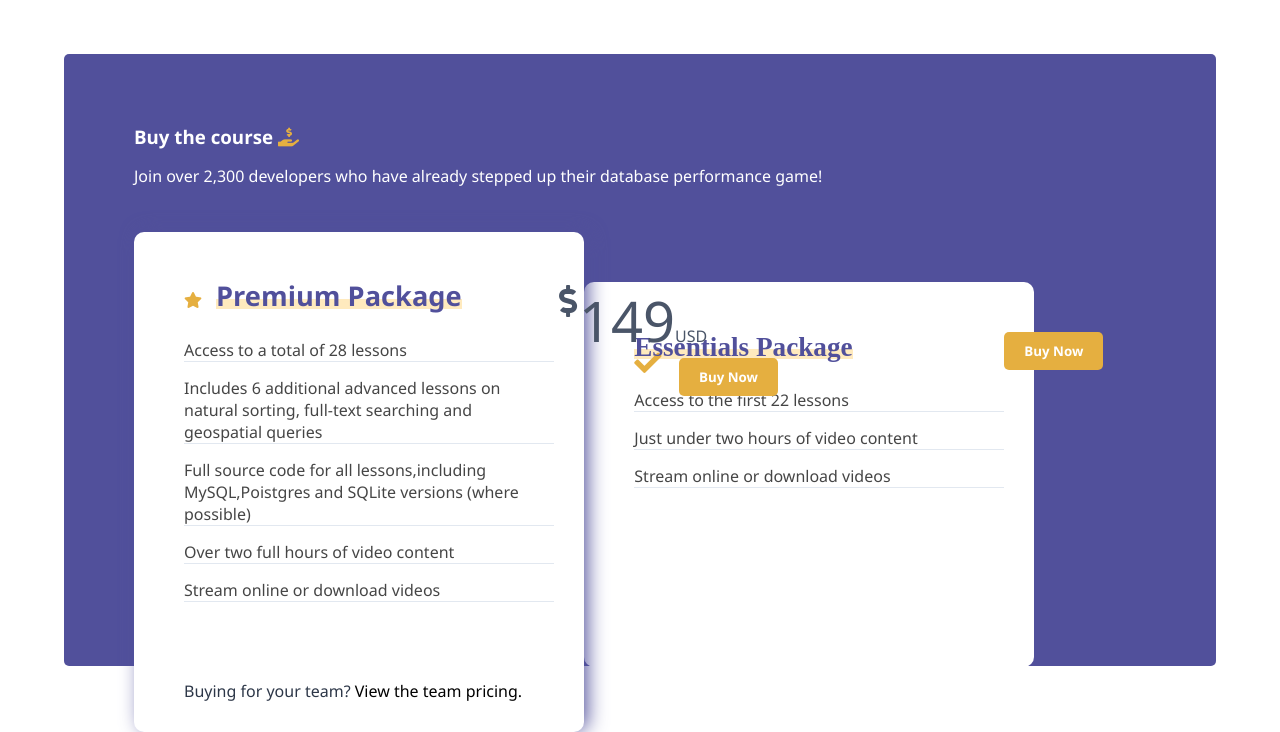
Repository: Z-ayat/Challenges
Page: Challenge 4/index.html
These files come from the project's save history. The page is drawn as it stood at one moment and after the next save; the edit follows.
The browser window is 1280 px wide. The pictures show the whole page.
Some web libraries are served in a nearby version.

Above is the page before, as saved 2021-09-07 03:00:54.

### Challenge 4/index.html
<!DOCTYPE html>

<head>
    <meta charset="UTF-8">
    <title>Course Offer Box</title>
    <link rel="stylesheet" href="styling/css/master.css">
    <link rel="stylesheet" href="styling/css/all.min.css">
    <link rel="preconnect" href="https://fonts.googleapis.com">
    <link rel="preconnect" href="https://fonts.gstatic.com" crossorigin>
    <link href="https://fonts.googleapis.com/css2?family=Cairo:wght@400;600;700;900&display=swap" rel="stylesheet">
    <link rel="stylesheet" href="https://cdnjs.cloudflare.com/ajax/libs/font-awesome/5.11.2/css/all.min.css">
</head>

<body>
    <div class="container">
        <div class="layout">
            <div class="head">
                <h3>Buy the course <i class="fas fa-hand-holding-usd" style="color: #FFC83D;"></i></h3>
                <p class="join">Join over 2,300 developers who have already stepped up their database performance game!</p>
            </div>
            <div class="prem-pack">
                <i class="fas fa-star">
                    <p class="headtitle">Premium Package</p>
                </i>
                <p class="specs">Access to a total of 28 lessons</p>
                <p class="specs"><span class="import">Includes 6 additional advanced lessons</span> on natural sorting, full-text searching and geospatial queries</p>
                <p class="specs"><span class="import"> Full source code for all lessons,</span>including MySQL,Poistgres and SQLite versions (where possible)</span>
                </p>
                <p class="specs">Over two full hours of video content</p>
                <p class="specs">Stream online or download videos</p>
                <p class="dollar-sign"><span class="price">149</span><span class="usd">USD</span></ح>
                    <button class="btn">Buy Now</button>
                    <p class="buyalign">Buying for your team? <a href="#">View the team pricing.</a></p>
            </div>
            <div class="ess-pack">
                <p class="headtitle fas fa-check">Essentials Package</p>
                <p class="specs"><span class="import">Access to the first 22 lessons</span></p>
                <p class="specs">Just under two hours of video content</p>
                <p class="specs">Stream online or download videos</p>
                <p class="price">99
                    <p class="usd">USD</p>
                </p>
                <button class="btn btn2">Buy Now</button>
            </div>
        </div>
</body>

</html>

### Challenge 4/styling/css/master.css
* {
    box-sizing: border-box;
    padding: 0;
    margin: 0;
    font-family: 'Segoe UI', Tahoma, Geneva, Verdana, sans-serif;
}

*::before {
    display: inline-block;
    color: #E5AF40;
    margin-right: 10px;
}

*::after {
    display: inline-block;
    color: #E5AF40;
}

a,
a:focus {
    text-decoration: none;
    cursor: default;
    color: black;
    font-weight: 500;
}

span {
    font-weight: 500;
    display: inline-block !important;
}

:root {
    --clrbg: #51509B;
    --clrhead: #404B5F;
    --clrprice: #4A5568;
    --clrbodyfont: #FFFFFF;
    --facolor: #E5AF40;
    --packb4bordshdw: #FFEABE;
    --clrspecs: #000000ba;
}

body {
    display: flex;
    justify-content: center;
    align-items: center;
    height: 100vh;
}

.layout {
    display: grid;
    grid-template-columns: auto 1fr 1fr auto;
    grid-template-rows: auto 1fr 1fr;
    height: 100%;
}

.container {
    width: 90%;
    height: 85%;
    background-color: var(--clrbg);
    border-radius: 5px;
    color: var(--clrbodyfont);
    padding: 70px 70px;
}

.head {
    margin-bottom: 45px;
}

.head h3 {
    margin-bottom: 1rem;
    font-size: 2..5rem;
}

.price {
    font-size: 3.5rem;
}

.prem-pack {
    background-color: #FFFFFF;
    height: 500px;
    width: 450px;
    padding: 50px;
    border-radius: 10px;
    display: flex;
    flex-flow: wrap column;
    align-items: flex-start;
    position: relative;
    grid-column-start: 1;
    grid-row-start: 2;
    z-index: 2;
    box-shadow: 5px 0 20px -2px #51509b;
    -webkit-border-radius: 10px;
    -moz-border-radius: 10px;
    -ms-border-radius: 10px;
    -o-border-radius: 10px;
}

.ess-pack {
    background-color: #FFFFFF;
    height: 500px;
    width: 450px;
    padding: 50px;
    border-radius: 10px;
    display: flex;
    flex-flow: wrap column;
    align-items: flex-start;
    position: relative;
    margin-left: -238px;
    margin-top: 50px;
    height: 385px;
    grid-column-start: 2;
    grid-row-start: 2;
    z-index: 1;
    -webkit-border-radius: 10px;
    -moz-border-radius: 10px;
    -ms-border-radius: 10px;
    -o-border-radius: 10px;
}

.specs {
    width: 35px;
    margin-bottom: 15px;
    overflow-wrap: break-word;
    width: 370px;
    border-bottom: solid 1px #E2E8F0;
    color: var(--clrspecs);
}

.headtitle {
    font-weight: 600;
    color: var(--clrbg) !important;
    font-size: 1.7rem;
    margin-bottom: 30px;
    display: inline-block;
    position: relative;
}

.headtitle p {
    z-index: 2;
}

.headtitle::before {
    position: absolute;
    content: "";
    width: 100%;
    height: 10px;
    bottom: 0;
    background-color: #FFEABE;
    z-index: -1;
}

.buyalign {
    text-justify: auto;
    color: #2D3748;
    position: absolute;
    float: left;
    bottom: 30px;
    left: 50px;
}

.fas {
    color: var(--facolor)
}

.dollar-sign {
    position: relative;
    color: #4A5568;
    margin-left: 25px;
}

.dollar-sign::before {
    position: absolute;
    display: block;
    top: 2px;
    left: -20px;
    font-size: 32px;
    color: #4A5568;
    font-family: "Font Awesome 5 Free" !important;
    font-weight: 900;
    content: "\f155";
}

.btn {
    padding: 10px 20px;
    border: none;
    color: white;
    background-color: #E5AF40;
    margin-left: 100px;
    border-radius: 5px;
    font-weight: 700;
    -webkit-border-radius: 5px;
    -moz-border-radius: 5px;
    -ms-border-radius: 5px;
    -o-border-radius: 5px;
}

.btn2 {
    margin-left: 0px !important;
}

Loaded but not shown: Challenge 4/styling/css/all.min.css (library)

After the next save:
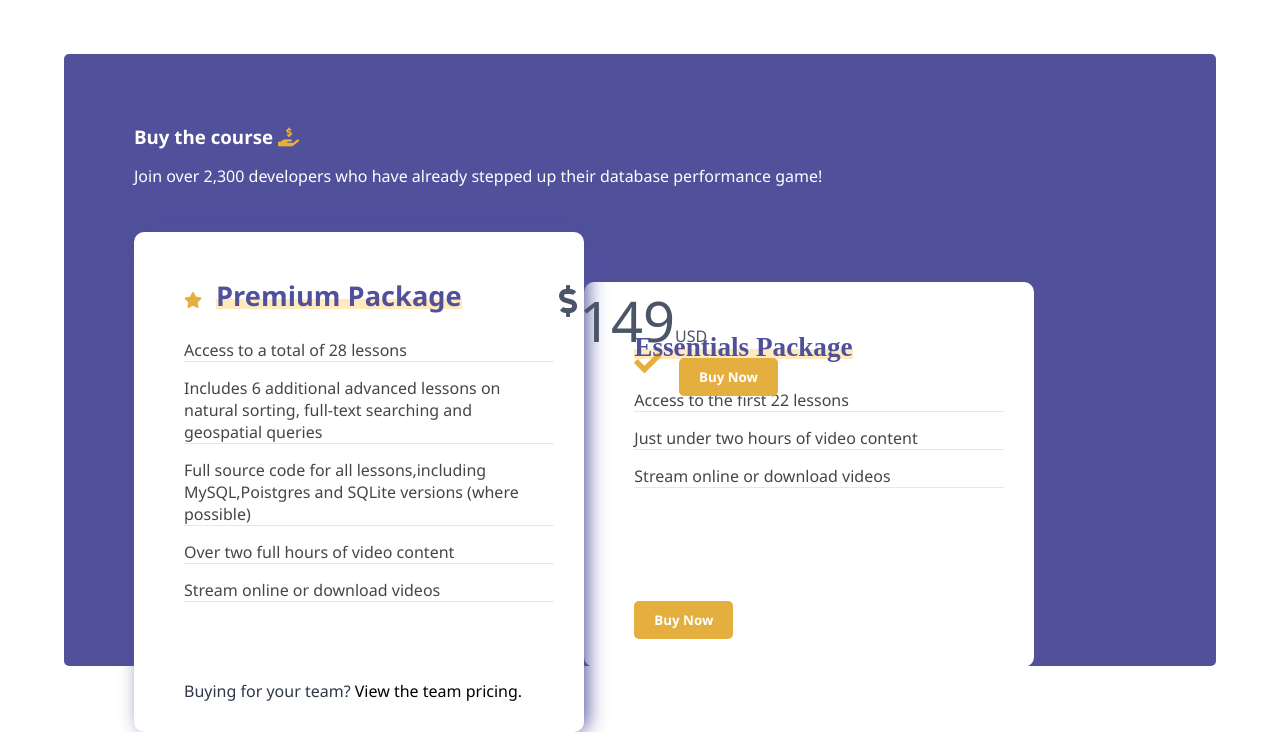
Saved 27 s later.
--- a/Challenge 4/styling/css/master.css
+++ b/Challenge 4/styling/css/master.css
@@ -111,6 +111,7 @@ body {
     grid-column-start: 2;
     grid-row-start: 2;
     z-index: 1;
+    flex-wrap: nowrap!important;
     -webkit-border-radius: 10px;
     -moz-border-radius: 10px;
     -ms-border-radius: 10px;
